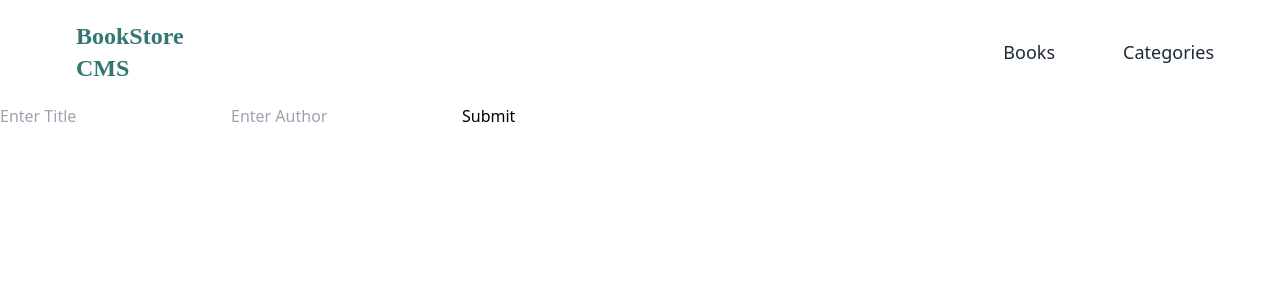
Repository: kennedyowusu/bookstore
Page: /
The author's editor kept a copy of each file at every save. The page is drawn from the files as they stood at one save, then again after a run of saves.
The browser window is 1280 px wide. The pictures show the whole page.
The project was rebuilt for these pictures with package versions that can differ from the ones it lists, and the page was loaded fresh each time. Also part of the build but not shown: src/Pages/Categories.jsx, src/Pages/NotFound.jsx.

Above is the page before, as saved 2023-01-21 06:14:33.

### src/index.js
import React from 'react';
import ReactDOM from 'react-dom/client';
import './index.css';
import App from './App';

import { BrowserRouter as Router } from 'react-router-dom';

const root = ReactDOM.createRoot(document.getElementById('root'));
root.render(
  <React.StrictMode>
    <Router>
      <App />
    </Router>
  </React.StrictMode>
);

### src/App.js
import { Routes, Route } from 'react-router-dom';

import Layout from './appLayout/Layout';
import AllBooks from './Pages/AllBooks';
import Categories from './Pages/Categories';
import NotFound from './Pages/NotFound';

function App() {
  return (
    <div
      className='bg-[#ccc]-600 w-full h-screen'
    >
      <Routes>
        <Route path='/' element={<Layout />}>
          <Route path='/' element={<AllBooks />} />
          <Route path='categories' element={<Categories />} />
          <Route path='*' element={<NotFound />} />
        </Route>
      </Routes>
    </div>
  )
}

export default App;

### src/appLayout/Layout.jsx
import React from 'react'
import { Outlet } from 'react-router'
import Navbar from '../components/Navbar'

const Layout = () => {
  return (
    <div>
      <Navbar />
      <main>
        <Outlet />
      </main>
    </div>
  )
}

export default Layout

### src/Pages/AllBooks.jsx
import React from 'react'
import InputForm from '../components/Books/InputForm'

const AllBooks = () => {
 return (
  <div>
   <InputForm />
  </div>
 )
}

export default AllBooks

### src/components/Navbar.jsx
import React from 'react'
import { NavLink } from 'react-router-dom'
import navLink from '../utils/constants'

const Navbar = () => {
 return (
   <div>
     <nav className='bg-[#ccc]-600'>
       <div className='md:flex items-center justify-between bg-white py-4 md:py-5 md:px-14'>
         <div className='font-bold text-2xl cursor-pointer flex items-center font-[Poppins] text-gray-800 justify-between px-5'>
           <div
             className='
          flex items-center justify-between
          '
           >
             <h2 className='text-[#317773]'>BookStore CMS</h2>
           </div>
         </div>

         <div className='flex items-center justify-end w-full'>
           <ul className='md:items-center gap-4 hidden md:flex lg:flex'>
             {navLink.map((link) => (
               <li key={link.name} className='md:ml-8 text-xl'>
               <NavLink
                to={link ? link.link : '/'}
                className='text-gray-800 font-medium text-lg hover:border-solid border-2 p-2 rounded-lg
                border-transparent hover:border-[#ccc] hover:text-bold hover:duration-500
                '
                activeClassName='text-[#317773]'
               >
                {link.name}
               </NavLink>

               </li>
             ))}
           </ul>
         </div>
       </div>
     </nav>
   </div>
 )
}

export default Navbar

### src/components/Books/InputForm.jsx
import React from 'react'

const InputForm = () => {
 return (
  <div>
   <form action="">
    <input type="text" placeholder='Enter Title' />
    <input type="text" placeholder='Enter Author' />
    <input type="submit" />
   </form>
  </div>
 )
}

export default InputForm

### src/utils/constants.js

const navLink = [
 {
  name: 'Books',
  link: '/'
 },
 {
  name: 'Categories',
  link: '/categories'
 },
];

export default navLink;

### src/components/Books/SingleBook.jsx
import React from 'react'
import { useParams } from 'react-router-dom'

const SingleBook = () => {
 return (
   <div>

     <div>
       <h1>All Books</h1>
       <span>Book Title</span>
       <span>Book Author</span>

       <button type='submit'>Remove Book</button>
     </div>
   </div>
 )
}

export default SingleBook

Loaded but not shown: public/index.html (common file); src/index.css (common file); tailwind.config.js (common file)

After the next 3 saves:
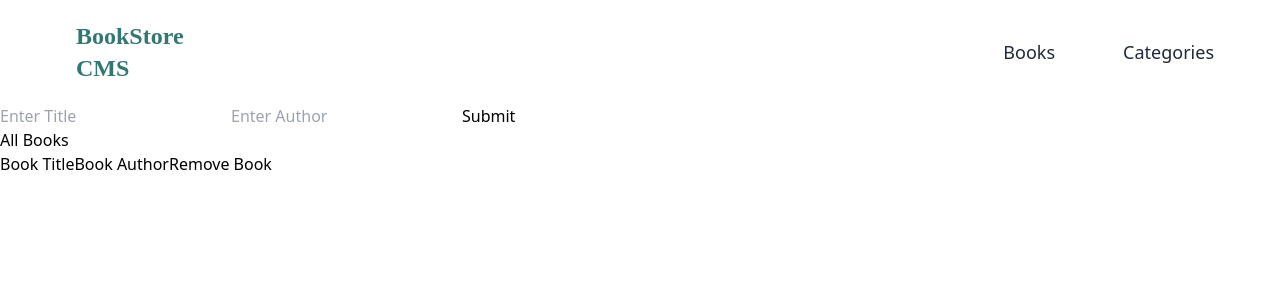
The 3 saves are shown as one change because 1 did not build or start and some came seconds apart.
The last was saved 34 s later.
--- a/src/Pages/AllBooks.jsx
+++ b/src/Pages/AllBooks.jsx
@@ -1,10 +1,12 @@
 import React from 'react'
 import InputForm from '../components/Books/InputForm'
+import SingleBook from '../components/Books/SingleBook'
 
 const AllBooks = () => {
  return (
   <div>
    <InputForm />
+   <SingleBook />
   </div>
  )
 }
